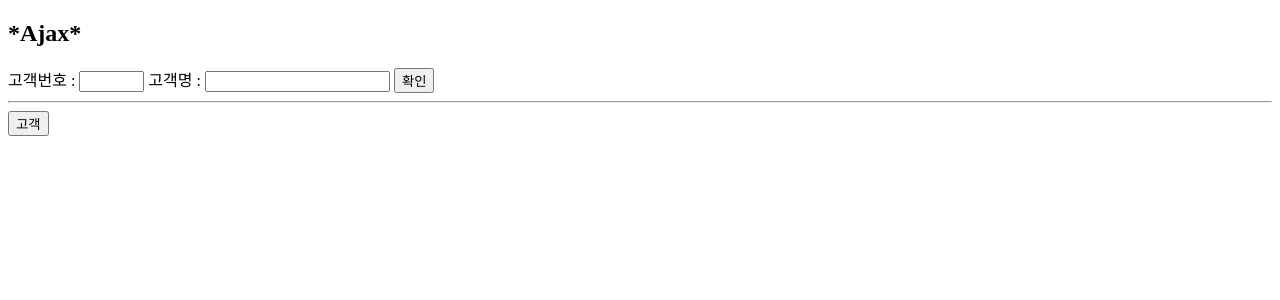
Repository: offbr/Spring
Page: http://localhost/spring_mvc19_json_ex/
The author's editor kept a copy of each file at every save. The page is drawn from the files as they stood at one save, then again after a run of saves.
The browser window is 1280 px wide. The pictures show the whole page.
The page is served by Tomcat 9. Nobody is signed in. The application's start-up code is not run.

Above is the page before, as saved 2016-10-14 05:35:16.

After the next 3 saves:
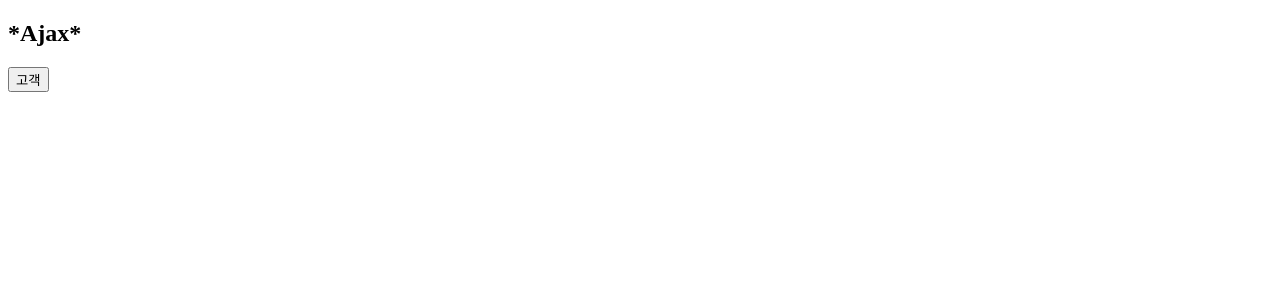
The 3 saves are shown as one change because they came seconds apart.
The last was saved 39 s later.
--- a/spring_mvc19_json_ex/src/main/webapp/index.jsp
+++ b/spring_mvc19_json_ex/src/main/webapp/index.jsp
@@ -8,11 +8,6 @@
 </head>
 <body>
 	<h2>*Ajax*</h2>
-	고객번호 : <input type="text" size="5" id="gogek_no" name="gogek_no">
-	고객명 : <input type="text" id="gogek_name" name="gogek_name">
-	<input type="button" id="btn" value="확인">
-	<hr>
-<div id="showData"></div>
 <a href="gogek.jsp"><button>고객</button></a>
 </body>
 </html>
